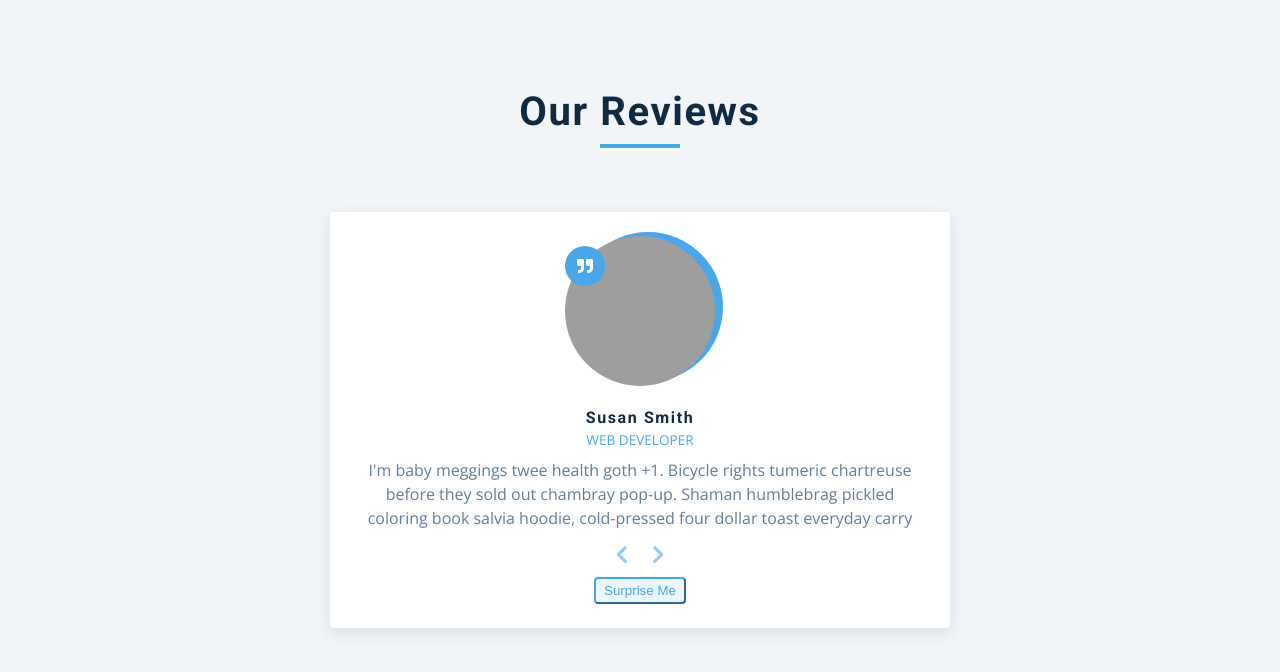
Repository: sunny070/javaScript
Page: Reviews_03/index.html
The author's editor kept a copy of each file at every save. The page is drawn from the files as they stood at one save, then again after the next save.
The browser window is 1280 px wide. The pictures show the whole page.
After loading, the first visible `button.prev-btn` was clicked once.
Pictures or frames that could not be fetched are drawn as grey boxes. Some web libraries are served in a nearby version.

Above is the page before, as saved 2023-10-04 13:39:01.
Console error: TypeError: Cannot read properties of undefined (reading 'img')

### Reviews_03/index.html
<!DOCTYPE html>
<html lang="en">
  <head>
    <meta charset="UTF-8" />
    <meta name="viewport" content="width=device-width, initial-scale=1.0" />
    <title>Review</title>
    <link
      rel="stylesheet"
      href="https://cdnjs.cloudflare.com/ajax/libs/font-awesome/5.14.0/css/all.min.css"
    />
    <link rel="stylesheet" href="style.css" />
  </head>
  <body>
    <main>
      <section class="container">
        <div class="title">
          <h2>Our Reviews</h2>
          <div class="underline"></div>
        </div>
        <article class="review">
          <div class="img-container">
            <img id="person-img" src="person-1.jpeg" alt="" />
          </div>
          <h4 id="author">sara jones</h4>
          <p id="job">ux Designer</p>
          <p id="info">
            Lorem ipsum dolor sit amet consectetur, adipisicing elit. Officia,
            tempora illo hic itaque ex aperiam optio temporibus laboriosam enim
            aspernatur placeat facilis, eveniet dolorem eaque. Nam, saepe! Vel,
            quisquam ea. Minus modi corrupti unde ullam quod earum odio sapiente
            mollitia temporibus, dolore saepe consectetur inventore assumenda
            nesciunt perferendis, sunt quaerat, facilis laboriosam repudiandae
            pariatur. Recusandae autem minima eveniet qui alias. Consequatur
            culpa ipsa saepe
          </p>

          <div class="button-container">
            <button class="prev-btn">
              <i class="fas fa-chevron-left"></i>
            </button>
            <button class="next-btn">
              <i class="fas fa-chevron-right"></i>
            </button>
          </div>
          <button class="random-btn">Surprise me</button>
        </article>
      </section>
    </main>

    <script src="app.js"></script>
  </body>
</html>

### Reviews_03/style.css
/*
===============
Fonts
===============
*/
@import url("https://fonts.googleapis.com/css?family=Open+Sans|Roboto:400,700&display=swap");

/*
===============
Variables
===============
*/

:root {
  /* dark shades of primary color*/
  --clr-primary-1: hsl(205, 86%, 17%);
  --clr-primary-2: hsl(205, 77%, 27%);
  --clr-primary-3: hsl(205, 72%, 37%);
  --clr-primary-4: hsl(205, 63%, 48%);
  /* primary/main color */
  --clr-primary-5: hsl(205, 78%, 60%);
  /* lighter shades of primary color */
  --clr-primary-6: hsl(205, 89%, 70%);
  --clr-primary-7: hsl(205, 90%, 76%);
  --clr-primary-8: hsl(205, 86%, 81%);
  --clr-primary-9: hsl(205, 90%, 88%);
  --clr-primary-10: hsl(205, 100%, 96%);
  /* darkest grey - used for headings */
  --clr-grey-1: hsl(209, 61%, 16%);
  --clr-grey-2: hsl(211, 39%, 23%);
  --clr-grey-3: hsl(209, 34%, 30%);
  --clr-grey-4: hsl(209, 28%, 39%);
  /* grey used for paragraphs */
  --clr-grey-5: hsl(210, 22%, 49%);
  --clr-grey-6: hsl(209, 23%, 60%);
  --clr-grey-7: hsl(211, 27%, 70%);
  --clr-grey-8: hsl(210, 31%, 80%);
  --clr-grey-9: hsl(212, 33%, 89%);
  --clr-grey-10: hsl(210, 36%, 96%);
  --clr-white: #fff;
  --clr-red-dark: hsl(360, 67%, 44%);
  --clr-red-light: hsl(360, 71%, 66%);
  --clr-green-dark: hsl(125, 67%, 44%);
  --clr-green-light: hsl(125, 71%, 66%);
  --clr-black: #222;
  --ff-primary: "Roboto", sans-serif;
  --ff-secondary: "Open Sans", sans-serif;
  --transition: all 0.3s linear;
  --spacing: 0.1rem;
  --radius: 0.25rem;
  --light-shadow: 0 5px 15px rgba(0, 0, 0, 0.1);
  --dark-shadow: 0 5px 15px rgba(0, 0, 0, 0.2);
  --max-width: 1170px;
  --fixed-width: 620px;
}
/*
===============
Global Styles
===============
*/

*,
::after,
::before {
  margin: 0;
  padding: 0;
  box-sizing: border-box;
}
body {
  font-family: var(--ff-secondary);
  background: var(--clr-grey-10);
  color: var(--clr-grey-1);
  line-height: 1.5;
  font-size: 0.875rem;
}
ul {
  list-style-type: none;
}
a {
  text-decoration: none;
}
h1,
h2,
h3,
h4 {
  letter-spacing: var(--spacing);
  text-transform: capitalize;
  line-height: 1.25;
  margin-bottom: 0.75rem;
  font-family: var(--ff-primary);
}
h1 {
  font-size: 3rem;
}
h2 {
  font-size: 2rem;
}
h3 {
  font-size: 1.25rem;
}
h4 {
  font-size: 0.875rem;
}
p {
  margin-bottom: 1.25rem;
  color: var(--clr-grey-5);
}
@media screen and (min-width: 800px) {
  h1 {
    font-size: 4rem;
  }
  h2 {
    font-size: 2.5rem;
  }
  h3 {
    font-size: 1.75rem;
  }
  h4 {
    font-size: 1rem;
  }
  body {
    font-size: 1rem;
  }
  h1,
  h2,
  h3,
  h4 {
    line-height: 1;
  }
}
/*  global classes */

/* section */
.section {
  padding: 5rem 0;
}

.section-center {
  width: 90vw;
  margin: 0 auto;
  max-width: 1170px;
}
@media screen and (min-width: 992px) {
  .section-center {
    width: 95vw;
  }
}
main {
  min-height: 100vh;
  display: grid;
  place-items: center;
}

/*
===============
Reviews
===============
*/
main {
  min-height: 100vh;
  display: grid;
  place-items: center;
}
.title {
  text-align: center;
  margin-bottom: 4rem;
}
.underline {
  height: 0.25rem;
  width: 5rem;
  background: var(--clr-primary-5);
  margin-left: auto;
  margin-right: auto;
}
.container {
  width: 80vw;
  max-width: var(--fixed-width);
}
.review {
  background: var(--clr-white);
  padding: 1.5rem 2rem;
  border-radius: var(--radius);
  box-shadow: var(--light-shadow);
  transition: var(--transition);
  text-align: center;
}
.review:hover {
  box-shadow: var(--dark-shadow);
}
.img-container {
  position: relative;
  width: 150px;
  height: 150px;
  border-radius: 50%;
  margin: 0 auto;
  margin-bottom: 1.5rem;
}
#person-img {
  width: 100%;
  display: block;
  height: 100%;
  object-fit: cover;
  border-radius: 50%;
  position: relative;
}
.img-container::after {
  font-family: "Font Awesome 5 Free";
  font-weight: 900;
  content: "\f10e";
  position: absolute;
  top: 0;
  left: 0;
  width: 2.5rem;
  height: 2.5rem;
  display: grid;
  place-items: center;
  border-radius: 50%;
  transform: translateY(25%);
  background: var(--clr-primary-5);
  color: var(--clr-white);
}
.img-container::before {
  content: "";
  width: 100%;
  height: 100%;
  background: var(--clr-primary-5);
  position: absolute;
  top: -0.25rem;
  right: -0.5rem;
  border-radius: 50%;
}
#author {
  margin-bottom: 0.25rem;
}
#job {
  margin-bottom: 0.5rem;
  text-transform: uppercase;
  color: var(--clr-primary-5);
  font-size: 0.85rem;
}
#info {
  margin-bottom: 0.75rem;
}
.prev-btn,
.next-btn {
  color: var(--clr-primary-7);
  font-size: 1.25rem;
  background: transparent;
  border-color: transparent;
  margin: 0 0.5rem;
  transition: var(--transition);
  cursor: pointer;
}
.prev-btn:hover,
.next-btn:hover {
  color: var(--clr-primary-5);
}
.random-btn {
  margin-top: 0.5rem;
  background: var(--clr-primary-10);
  color: var(--clr-primary-5);
  padding: 0.25rem 0.5rem;
  text-transform: capitalize;
  border-radius: var(--radius);
  transition: var(--transition);
  border-color: var(--clr-primary-5);
  cursor: pointer;
}
.random-btn:hover {
  background: var(--clr-primary-5);
  color: var(--clr-primary-1);
}

### Reviews_03/app.js
const reviews = [
  {
    id: 1,
    name: "susan smith",
    job: "web developer",
    img: "https://www.course-api.com/images/people/person-1.jpeg",
    text: "I'm baby meggings twee health goth +1. Bicycle rights tumeric chartreuse before they sold out chambray pop-up. Shaman humblebrag pickled coloring book salvia hoodie, cold-pressed four dollar toast everyday carry",
  },
  {
    id: 2,
    name: "anna johnson",
    job: "web designer",
    img: "https://www.course-api.com/images/people/person-2.jpeg",
    text: "Helvetica artisan kinfolk thundercats lumbersexual blue bottle. Disrupt glossier gastropub deep v vice franzen hell of brooklyn twee enamel pin fashion axe.photo booth jean shorts artisan narwhal.",
  },
  {
    id: 3,
    name: "peter jones",
    job: "intern",
    img: "https://www.course-api.com/images/people/person-4.jpeg",
    text: "Sriracha literally flexitarian irony, vape marfa unicorn. Glossier tattooed 8-bit, fixie waistcoat offal activated charcoal slow-carb marfa hell of pabst raclette post-ironic jianbing swag.",
  },
  {
    id: 4,
    name: "bill anderson",
    job: "the boss",
    img: "https://www.course-api.com/images/people/person-3.jpeg",
    text: "Edison bulb put a bird on it humblebrag, marfa pok pok heirloom fashion axe cray stumptown venmo actually seitan. VHS farm-to-table schlitz, edison bulb pop-up 3 wolf moon tote bag street art shabby chic. ",
  },
];

//select items
const img=document.getElementById('person-img');
const author=document.getElementById('author');
const job=document.getElementById('job');
const info=document.getElementById('info');

const prevBtn =document.querySelector('.prev-btn')
const nextBtn =document.querySelector('.next-btn')
const randomBtn =document.querySelector('.random-btn')

//set starting item
let currentItem = 0;

//load initial item
window.addEventListener('DOMContentLoaded',function(){
  // console.log('shake and bake')
  showPerson(currentItem);
})

//show person based on item

function showPerson(person){
  const item = reviews[person];
  console.log(item)
  img.src = item.img;
  author.textContent=item.name;
  job.textContent=item.job;
  info.textContent=item.text;
}

//show next person

nextBtn.addEventListener('click',function(){
  currentItem++;
  if(currentItem>reviews.length - 1){
    currentItem=0
  }
  showPerson(currentItem);
})

//show prev person


prevBtn.addEventListener('click',function(){
  currentItem--;
  if(currentItem<0){
    reviews.length -1
  }
  showPerson(currentItem);
})

After the next save:
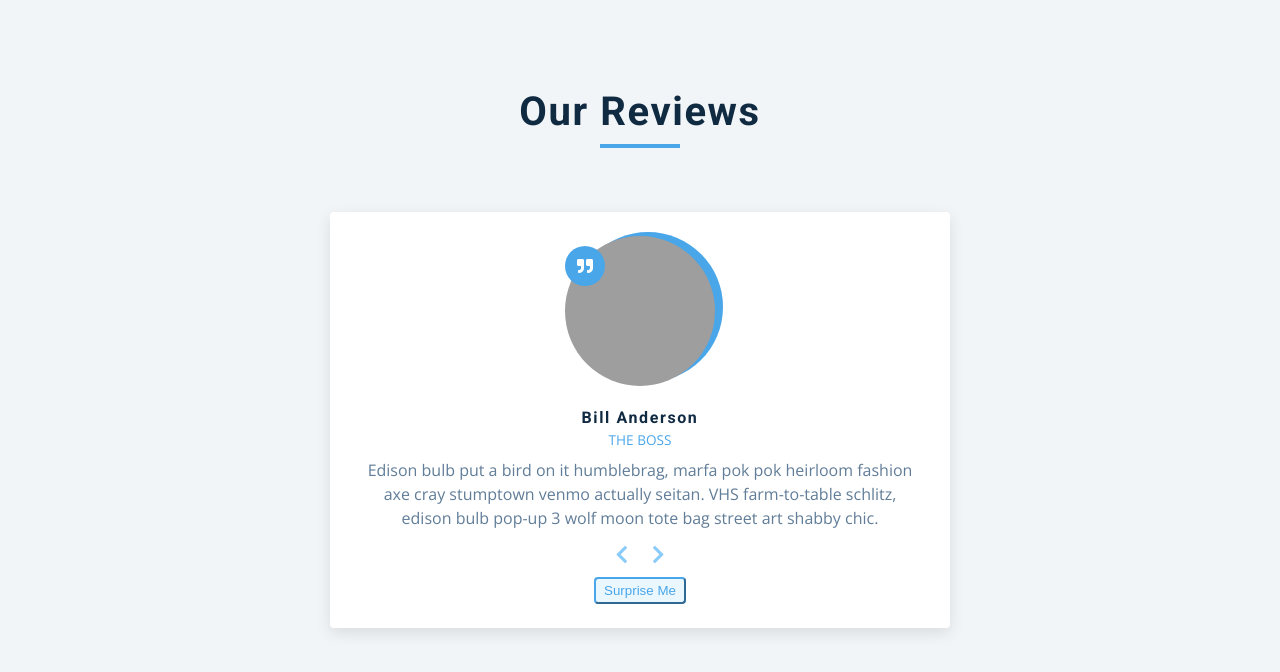
The error is gone.
Saved 5 s later.
--- a/Reviews_03/app.js
+++ b/Reviews_03/app.js
@@ -75,7 +75,7 @@ nextBtn.addEventListener('click',function(){
 prevBtn.addEventListener('click',function(){
   currentItem--;
   if(currentItem<0){
-    reviews.length -1
+    currentItem=reviews.length -1
   }
   showPerson(currentItem);
 })
